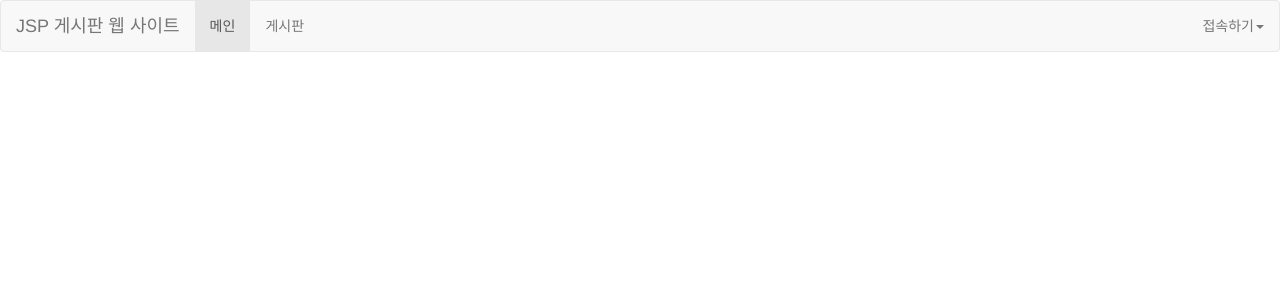
Repository: seung-kook/JSPBBS
Page: http://localhost/BBS/bbs.jsp
These files come from the project's save history. The page is drawn as it stood at one moment and after the next save; the edit follows.
The browser window is 1280 px wide. The pictures show the whole page.
Some web libraries are served in a nearby version. The page is served by Tomcat 9.

Above is the page before, as saved 2022-01-27 08:23:00.

After the next save:
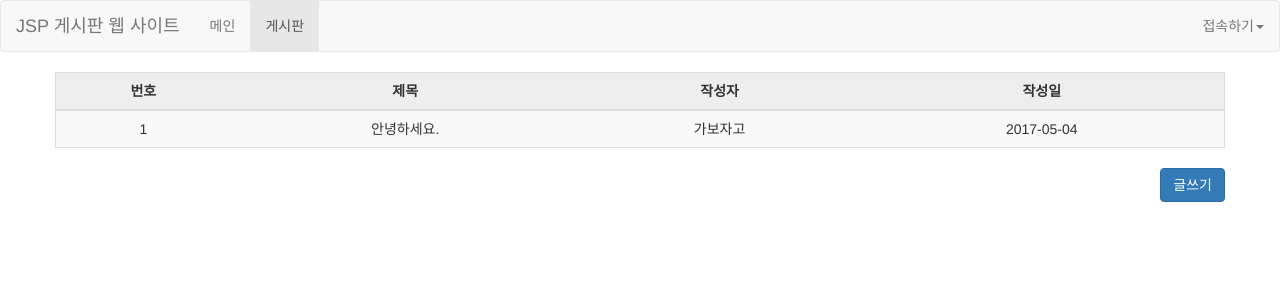
Saved 49 min 51 s later.
--- a/BBS/src/main/webapp/bbs.jsp
+++ b/BBS/src/main/webapp/bbs.jsp
@@ -29,8 +29,8 @@
 		</div>
 		<div class="collapse navbar-collapse" id="bs-example-navbar-collapse-1">
 			<ul class="nav navbar-nav">
-				<li class="active"><a href="main.jsp">메인</a></li>
-				<li><a href="bbs.jsp">게시판</a></li>
+				<li><a href="main.jsp">메인</a></li>
+				<li class="active"><a href="bbs.jsp">게시판</a></li>
 			</ul>
 			<%
 				if(userID == null) {
@@ -64,6 +64,29 @@
 			%>
 		</div>
 	</nav>
+	<div class="container">
+		<div class="row">
+			<table class="table table-striped" style="text-align: center; border: 1px solid #dddddd">
+				<thead>
+					<tr>
+						<th style="background-color: #eeeeee; text-align: center;">번호</th>
+						<th style="background-color: #eeeeee; text-align: center;">제목</th>
+						<th style="background-color: #eeeeee; text-align: center;">작성자</th>
+						<th style="background-color: #eeeeee; text-align: center;">작성일</th>
+					</tr>
+				</thead>
+				<tbody>
+					<tr>
+						<td>1</td>
+						<td>안녕하세요.</td>
+						<td>가보자고</td>
+						<td>2017-05-04</td>
+					</tr>
+				</tbody>
+			</table>
+			<a href="write.jsp" class="btn btn-primary pull-right">글쓰기</a>
+		</div>
+	</div>
 	<script src="https://code.jquery.com/jquery-3.1.1.min.js"></script>
 	<script src="js/bootstrap.js"></script>
 </body>
